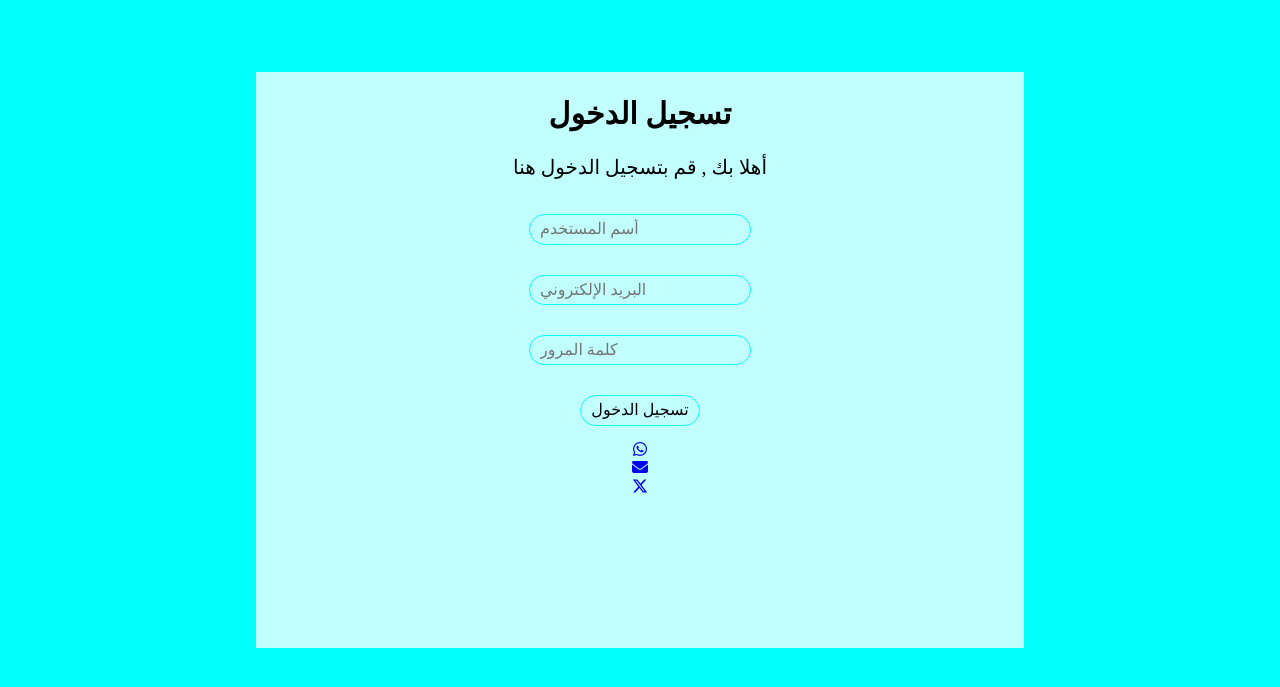
Repository: FaisalFahed/login-page
Page: html/صفحة تسجيل دخول.html
The author's editor kept a copy of each file at every save. The page is drawn from the files as they stood at one save, then again after a run of saves.
The browser window is 1280 px wide. The pictures show the whole page.
Some web fonts or font styles are not loaded; a fallback is used.

Above is the page before, as saved 2025-04-01 08:23:32.

### html/صفحة تسجيل دخول.html
<!DOCTYPE html>
<html lang="en">
<head>
    <meta charset="UTF-8">
    <meta name="viewport" content="width=device-width, initial-scale=1.0">
    <link rel="stylesheet" href="css/normlaize.css">
    <link rel="stylesheet" href="../css/صفحة تسجيل دخول.css">
    <!-- Font Awesome -->
    <link rel="stylesheet" href="../css/all.min.css">
    <!-- Google Fonts -->
    <link rel="preconnect" href="https://fonts.googleapis.com">
    <link rel="preconnect" href="https://fonts.gstatic.com" crossorigin>
    <link href="https://fonts.googleapis.com/css2?family=Markazi+Text:wght@400..700&display=swap" rel="stylesheet">
    <title>Faisal | صفحة تسجيل دخول</title>
</head>
    <body>
        <div class="container">
            <div class="text">
                <h2>تسجيل الدخول</h2>
                <p>أهلا بك , قم بتسجيل الدخول هنا</p>
            </div>
            <div class="log-in">
                <input type="text" placeholder="أسم المستخدم">
                <input type="email" placeholder="البريد الإلكتروني">
                <input type="password" placeholder="كلمة المرور">
                <input type="submit" value="تسجيل الدخول">
            </div>
            <div class="icons">
                <ul>
                    <li><a href="#"><i class="fa-brands fa-whatsapp"></i></a></li>
                    <li><a href="#"><i class="fa-solid fa-envelope"></i></a></li>
                    <li><a href="#"><i class="fa-brands fa-x-twitter"></i></a></li>
                </ul>
            </div>
        </div>
    </body>
</html>

### css/normlaize.css
/*! normalize.css v8.0.1 | MIT License | github.com/necolas/normalize.css */

/* Document
   ========================================================================== */

/**
 * 1. Correct the line height in all browsers.
 * 2. Prevent adjustments of font size after orientation changes in iOS.
 */

 html {
  line-height: 1.15; /* 1 */
  -webkit-text-size-adjust: 100%; /* 2 */
}

/* Sections
   ========================================================================== */

/**
 * Remove the margin in all browsers.
 */

body {
  margin: 0;
}

/**
 * Render the `main` element consistently in IE.
 */

main {
  display: block;
}

/**
 * Correct the font size and margin on `h1` elements within `section` and
 * `article` contexts in Chrome, Firefox, and Safari.
 */

h1 {
  font-size: 2em;
  margin: 0.67em 0;
}

/* Grouping content
   ========================================================================== */

/**
 * 1. Add the correct box sizing in Firefox.
 * 2. Show the overflow in Edge and IE.
 */

hr {
  box-sizing: content-box; /* 1 */
  height: 0; /* 1 */
  overflow: visible; /* 2 */
}

/**
 * 1. Correct the inheritance and scaling of font size in all browsers.
 * 2. Correct the odd `em` font sizing in all browsers.
 */

pre {
  font-family: monospace, monospace; /* 1 */
  font-size: 1em; /* 2 */
}

/* Text-level semantics
   ========================================================================== */

/**
 * Remove the gray background on active links in IE 10.
 */

a {
  background-color: transparent;
}

/**
 * 1. Remove the bottom border in Chrome 57-
 * 2. Add the correct text decoration in Chrome, Edge, IE, Opera, and Safari.
 */

abbr[title] {
  border-bottom: none; /* 1 */
  text-decoration: underline; /* 2 */
  text-decoration: underline dotted; /* 2 */
}

/**
 * Add the correct font weight in Chrome, Edge, and Safari.
 */

b,
strong {
  font-weight: bolder;
}

/**
 * 1. Correct the inheritance and scaling of font size in all browsers.
 * 2. Correct the odd `em` font sizing in all browsers.
 */

code,
kbd,
samp {
  font-family: monospace, monospace; /* 1 */
  font-size: 1em; /* 2 */
}

/**
 * Add the correct font size in all browsers.
 */

small {
  font-size: 80%;
}

/**
 * Prevent `sub` and `sup` elements from affecting the line height in
 * all browsers.
 */

sub,
sup {
  font-size: 75%;
  line-height: 0;
  position: relative;
  vertical-align: baseline;
}

sub {
  bottom: -0.25em;
}

sup {
  top: -0.5em;
}

/* Embedded content
   ========================================================================== */

/**
 * Remove the border on images inside links in IE 10.
 */

img {
  border-style: none;
}

/* Forms
   ========================================================================== */

/**
 * 1. Change the font styles in all browsers.
 * 2. Remove the margin in Firefox and Safari.
 */

button,
input,
optgroup,
select,
textarea {
  font-family: inherit; /* 1 */
  font-size: 100%; /* 1 */
  line-height: 1.15; /* 1 */
  margin: 0; /* 2 */
}

/**
 * Show the overflow in IE.
 * 1. Show the overflow in Edge.
 */

button,
input { /* 1 */
  overflow: visible;
}

/**
 * Remove the inheritance of text transform in Edge, Firefox, and IE.
 * 1. Remove the inheritance of text transform in Firefox.
 */

button,
select { /* 1 */
  text-transform: none;
}

/**
 * Correct the inability to style clickable types in iOS and Safari.
 */

button,
[type="button"],
[type="reset"],
[type="submit"] {
  -webkit-appearance: button;
}

/**
 * Remove the inner border and padding in Firefox.
 */

button::-moz-focus-inner,
[type="button"]::-moz-focus-inner,
[type="reset"]::-moz-focus-inner,
[type="submit"]::-moz-focus-inner {
  border-style: none;
  padding: 0;
}

/**
 * Restore the focus styles unset by the previous rule.
 */

button:-moz-focusring,
[type="button"]:-moz-focusring,
[type="reset"]:-moz-focusring,
[type="submit"]:-moz-focusring {
  outline: 1px dotted ButtonText;
}

/**
 * Correct the padding in Firefox.
 */

fieldset {
  padding: 0.35em 0.75em 0.625em;
}

/**
 * 1. Correct the text wrapping in Edge and IE.
 * 2. Correct the color inheritance from `fieldset` elements in IE.
 * 3. Remove the padding so developers are not caught out when they zero out
 *    `fieldset` elements in all browsers.
 */

legend {
  box-sizing: border-box; /* 1 */
  color: inherit; /* 2 */
  display: table; /* 1 */
  max-width: 100%; /* 1 */
  padding: 0; /* 3 */
  white-space: normal; /* 1 */
}

/**
 * Add the correct vertical alignment in Chrome, Firefox, and Opera.
 */

progress {
  vertical-align: baseline;
}

/**
 * Remove the default vertical scrollbar in IE 10+.
 */

textarea {
  overflow: auto;
}

/**
 * 1. Add the correct box sizing in IE 10.
 * 2. Remove the padding in IE 10.
 */

[type="checkbox"],
[type="radio"] {
  box-sizing: border-box; /* 1 */
  padding: 0; /* 2 */
}

/**
 * Correct the cursor style of increment and decrement buttons in Chrome.
 */

[type="number"]::-webkit-inner-spin-button,
[type="number"]::-webkit-outer-spin-button {
  height: auto;
}

/**
 * 1. Correct the odd appearance in Chrome and Safari.
 * 2. Correct the outline style in Safari.
 */

[type="search"] {
  -webkit-appearance: textfield; /* 1 */
  outline-offset: -2px; /* 2 */
}

/**
 * Remove the inner padding in Chrome and Safari on macOS.
 */

[type="search"]::-webkit-search-decoration {
  -webkit-appearance: none;
}

/**
 * 1. Correct the inability to style clickable types in iOS and Safari.
 * 2. Change font properties to `inherit` in Safari.
 */

::-webkit-file-upload-button {
  -webkit-appearance: button; /* 1 */
  font: inherit; /* 2 */
}

/* Interactive
   ========================================================================== */

/*
 * Add the correct display in Edge, IE 10+, and Firefox.
 */

details {
  display: block;
}

/*
 * Add the correct display in all browsers.
 */

summary {
  display: list-item;
}

/* Misc
   ========================================================================== */

/**
 * Add the correct display in IE 10+.
 */

template {
  display: none;
}

/**
 * Add the correct display in IE 10.
 */

[hidden] {
  display: none;
}

### css/صفحة تسجيل دخول.css
*{
    box-sizing: border-box;
}

:root{
    --main-color: #ff1f1fd6;
    --main-color-alt: #1787E0;
    --main-transition-duration: 0.3s;
    --main-padding-top: 100px;
    --main-padding-bottom: 100px;
    --section-background: #ECECEC;
}

html{
    scroll-behavior: smooth;
}

body{
    font-family: "Markazi Text", serif;
    background-color: #00fffb;
    display: flex;
    width: 100vw;
    height: 100vh;
    justify-content: center;
    align-items: center;
}

a{
    text-decoration: none;
}

ul{
    list-style: none;
    padding: 0;
    margin: 0;
}

.container{
    padding-left: 15px;
    padding-right: 15px;
    margin-left: auto;
    margin-right: auto;
    background-color: rgba(255, 255, 255, 0.753);
    height: 80vh;
    width: 60vw;
    text-align: center;
}

.text{
    font-size: 20px;
}
.log-in{
    display: flex;
    flex-direction: column;
    align-items: center;
    justify-content: center;
}
.log-in input{
    border: none;
    outline: none;
    padding: 5px 10px;
    margin: 15px 0;
    background-color: transparent;
    position: relative;
    border: 1px solid rgba(7, 255, 255, 0.995);
    border-radius: 16px;
}
.log-in input::before{
    font-family: "Font Awesome 5 Free";
    content: "\f104";
    font-weight: 900;
    font-size: 25px;
    position: absolute;
    transform: translateY(25%);
}


/* @media (min-width:768px){
    .container{
        width: 750px;
    }
}

@media (min-width:992px){
    .container{
        width: 970px;
    }
}

@media (min-width:1200px){
    .container{
        width: 1170px;
    }
} */

Loaded but not shown: css/all.min.css (library)

After the next 2 saves:
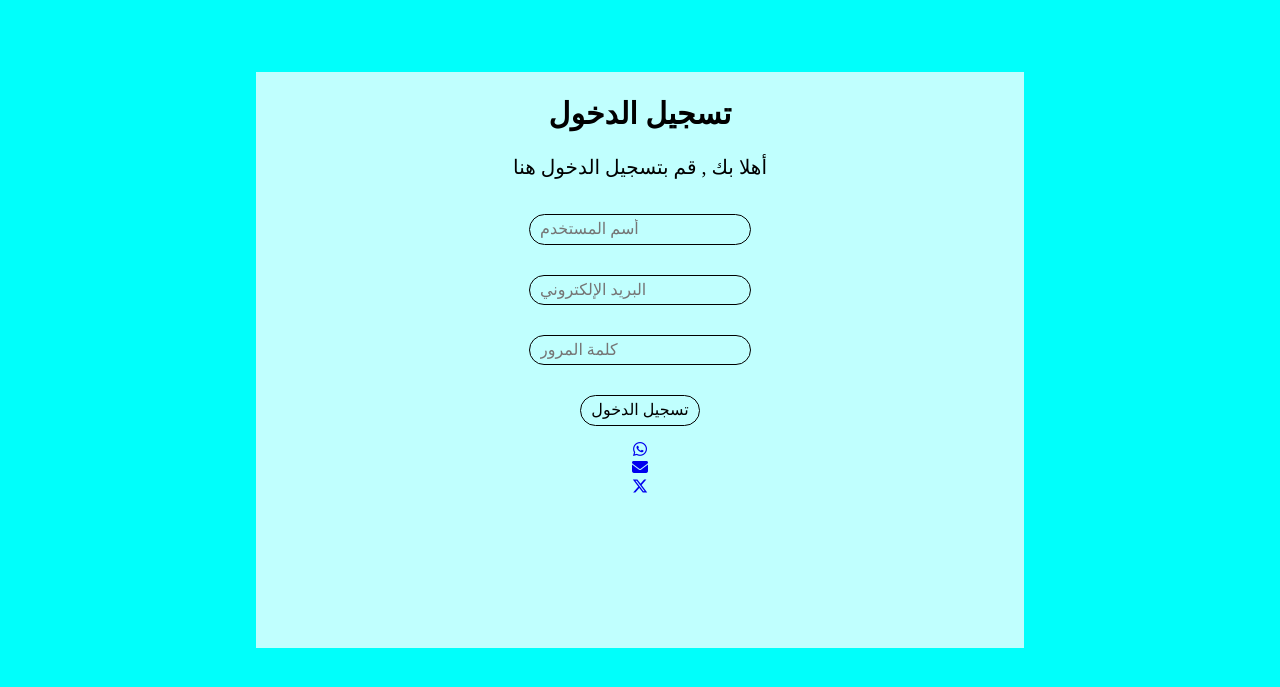
The 2 saves are shown as one change because they came seconds apart.
The last was saved 10 s later.
--- a/css/صفحة تسجيل دخول.css
+++ b/css/صفحة تسجيل دخول.css
@@ -62,7 +62,7 @@ ul{
     margin: 15px 0;
     background-color: transparent;
     position: relative;
-    border: 1px solid rgba(7, 255, 255, 0.995);
+    border: 1px solid black;
     border-radius: 16px;
 }
 .log-in input::before{
